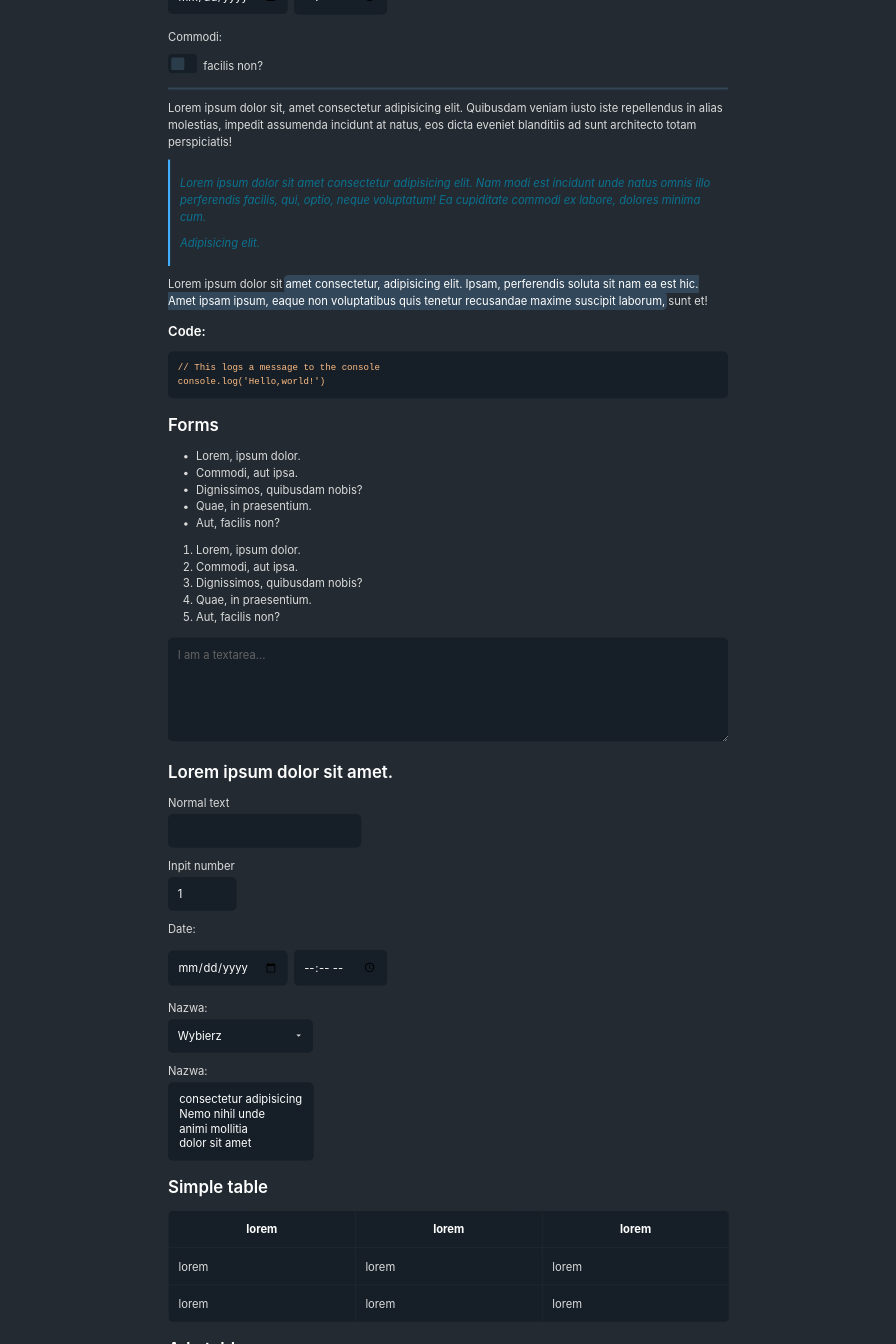
Repository: KozakBartosz/Draft
Page: index.html
These files come from the project's save history. The page is drawn as it stood at one moment and after the next save; the edit follows.
The browser window is 1280 px wide. The pictures show the part of the page from y = 1300 to 3220 px (the page is 6289 px tall before and 6282 px after), at 70% of full size.

Above is the page before, as saved 2019-04-12 13:51:44.

After the next save:
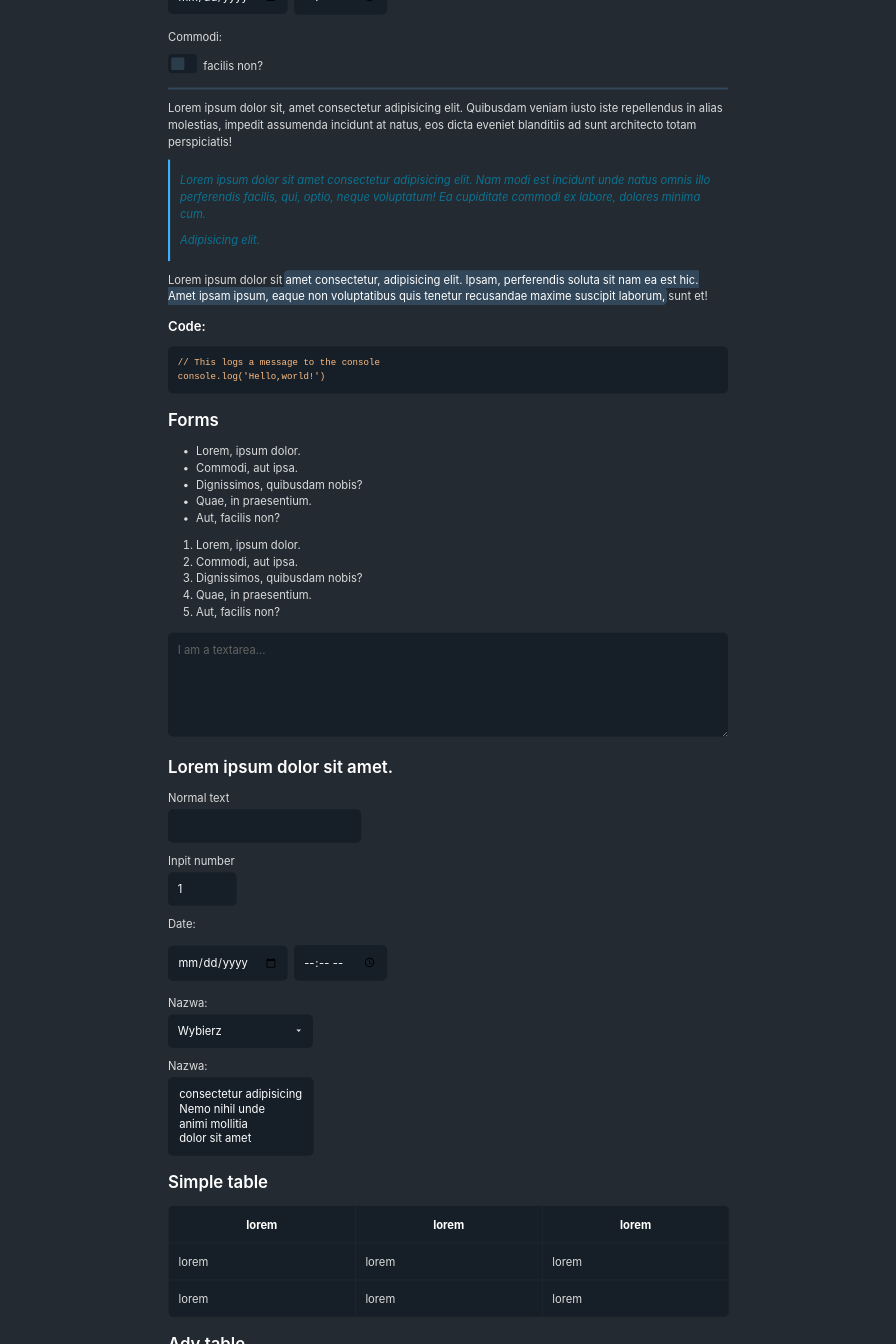
Saved 7 s later.
--- a/draft.css
+++ b/draft.css
@@ -338,7 +338,7 @@ q {
 	margin: var(--mainpaddng) 0;
 	color: var(--hight);
 	/* border-radius: var(--radius); */
-	padding: calc(var(--mainpaddng) / 2) var(--mainpaddng);
+	padding: calc(var(--mainpaddng) / 4) var(--mainpaddng);
 	border-left: 3px solid var(--brand);
 }
 
